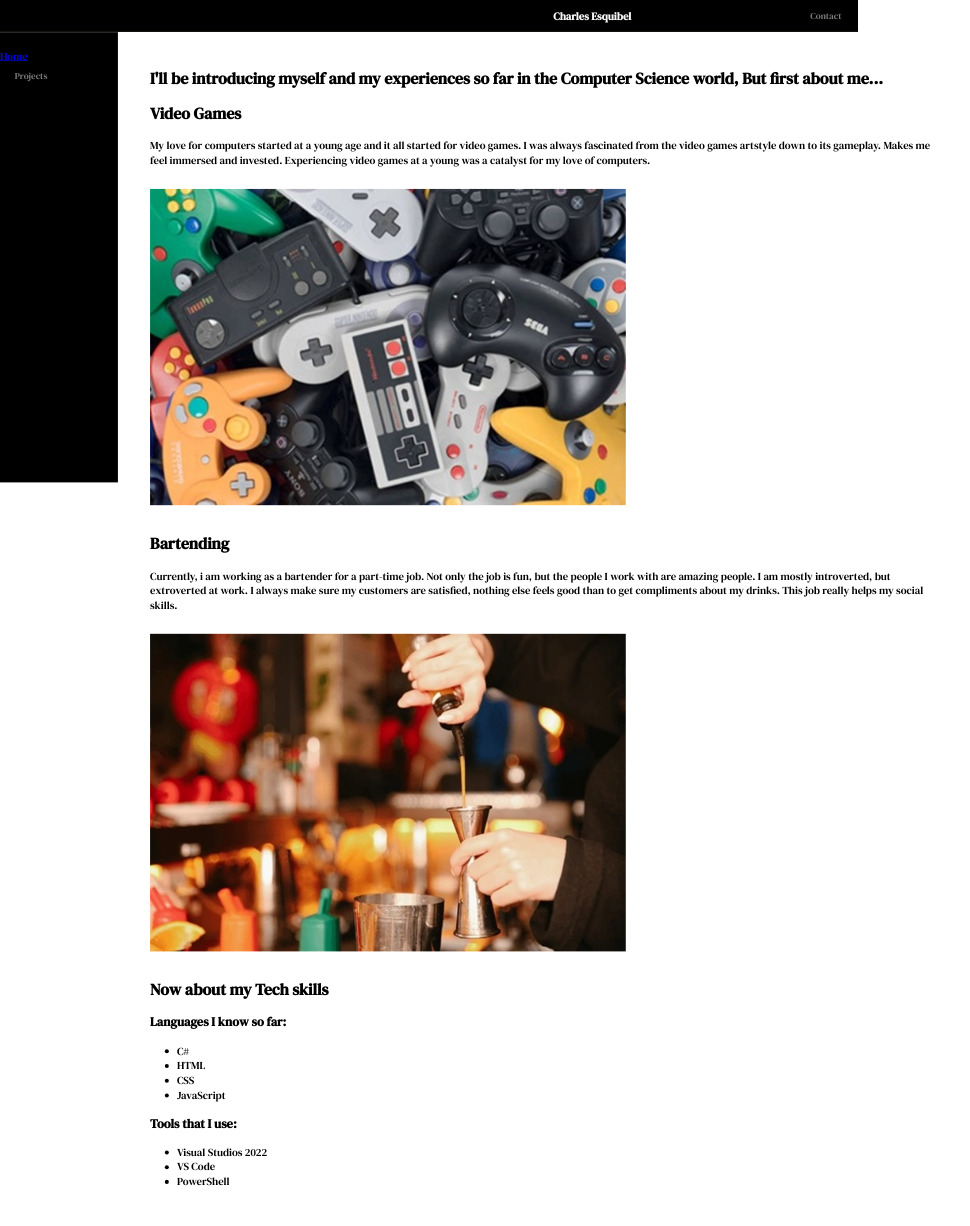
Repository: vGitCharles/vGitCharles
Page: index.html
An editor plug-in stored every save of this project. The page is shown before and after the next save, followed by the edit.
The browser window is 1280 px wide. The page is 1448 px wide, so the pictures cover 1448 px, including what lies to the right of the window. The pictures show the whole page, at 67% of full size.

Above is the page before, as saved 2026-05-15 23:47:25.

After the next save:
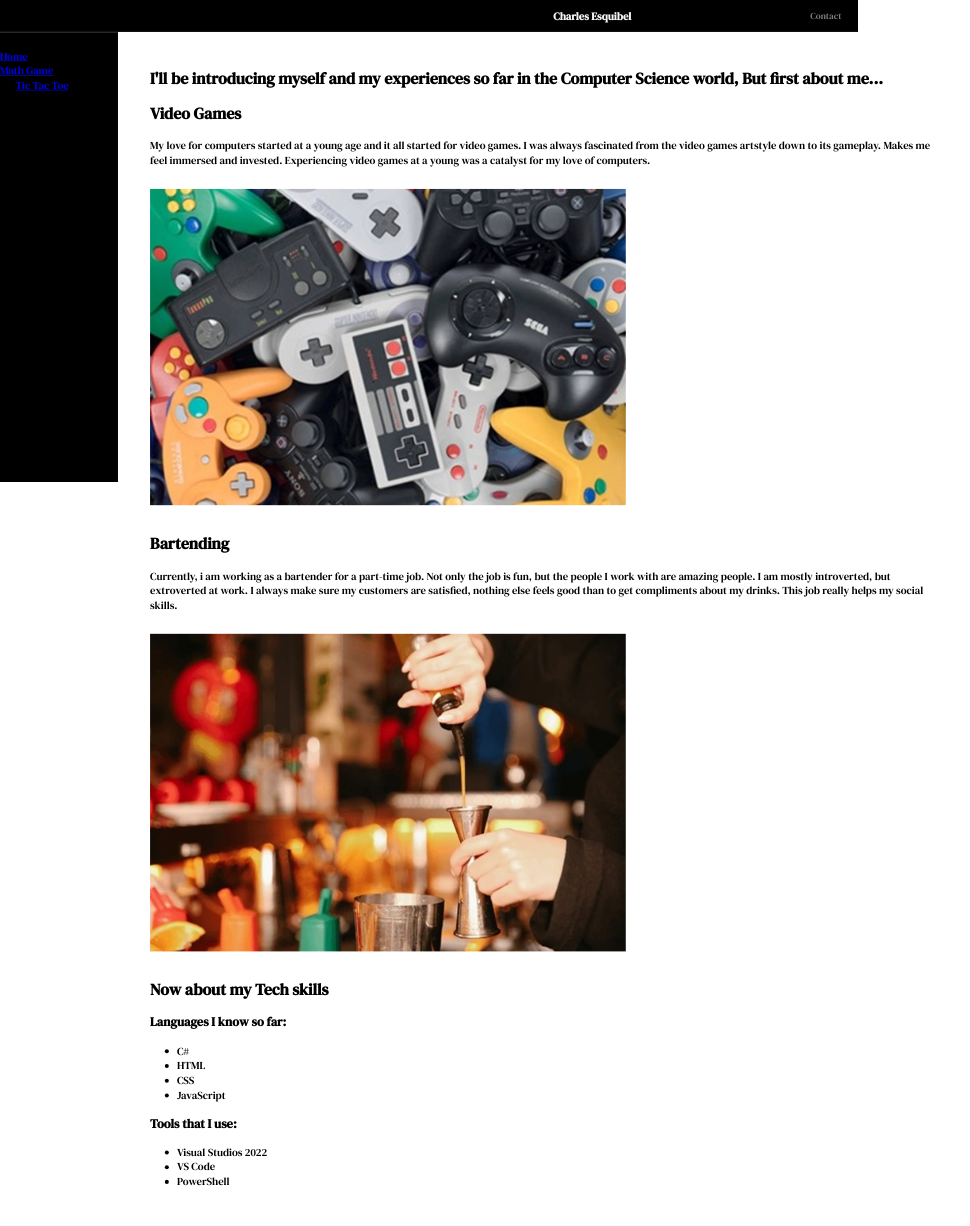
Saved 2 min 58 s later.
--- a/index.html
+++ b/index.html
@@ -24,9 +24,12 @@
     <!--Sidebar-->
     <nav class="sidebar" aria-label="Site Navigation">
         <ul>
+
             <li><a href="./index.html" class="SideBar_Link active">Home</a></li>
-            <li><a href="./pages/projects.html" class="sidebar_link">Projects</a></li>
+
+            <li><a href="./pages/MathGame.html" class="sidebar__link">Math Game</a></li>
         </ul>
+        <li><a href="./pages/TicTacToe.html" class="sidebar__link">Tic Tac Toe</a></li>
     </nav>
     <main class="page-content">
 
